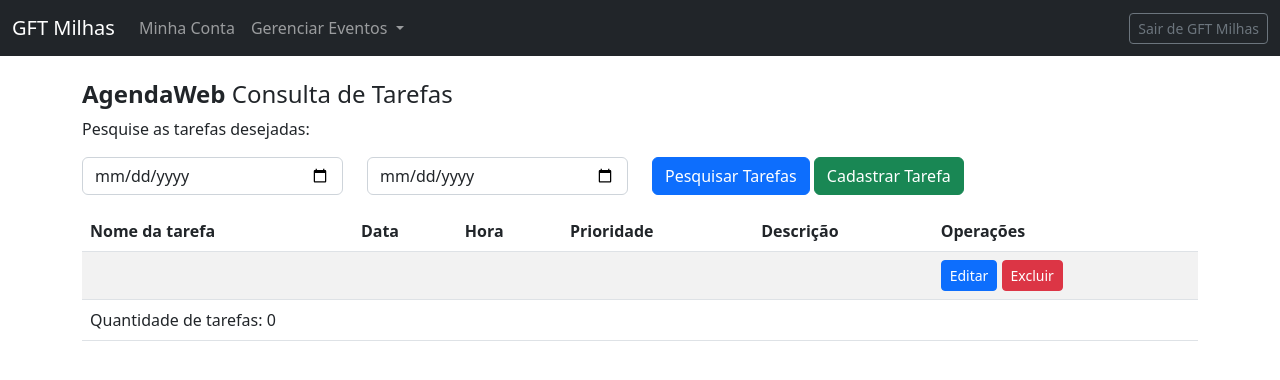
Repository: thamaraamaral/desafio_mvc1
Page: http://localhost/gft-milhas/WEB-INF/views/eventos-consulta.jsp
An editor plug-in stored every save of this project. The page is shown before and after the next save, followed by the edit.
The browser window is 1280 px wide. The pictures show the whole page.
The page is served by Tomcat 9. Nobody is signed in. The template is opened directly, without the code that normally fills it, so the values that code supplies are empty.

Above is the page before, as saved 2022-10-29 14:46:42.

After the next save:
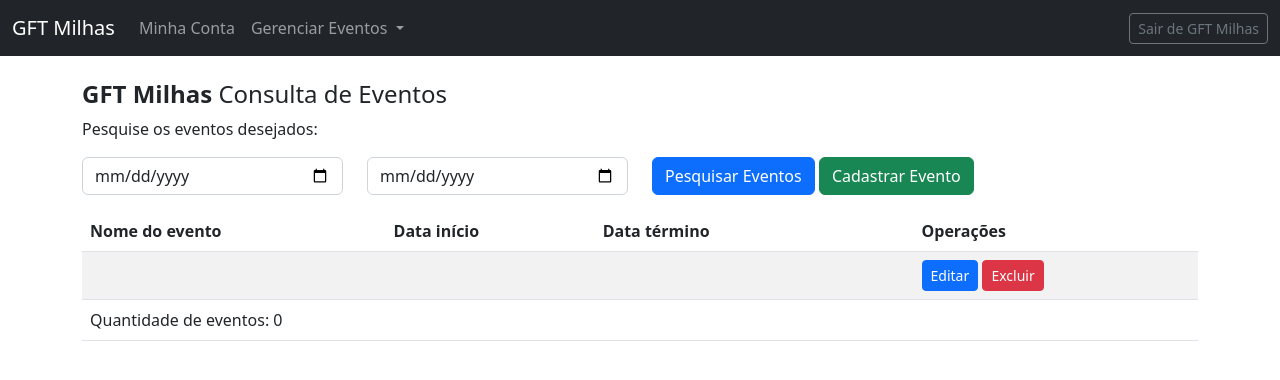
Saved 2 min 15 s later.
--- a/gft-milhas/src/main/webapp/WEB-INF/views/eventos-consulta.jsp
+++ b/gft-milhas/src/main/webapp/WEB-INF/views/eventos-consulta.jsp
@@ -22,9 +22,9 @@
 		<div class="row mb-3">
 			<div class="col-md-6">
 				<h4>
-					<strong>AgendaWeb</strong> Consulta de Tarefas
+					<strong>GFT Milhas</strong> Consulta de Eventos
 				</h4>
-				Pesquise as tarefas desejadas:
+				Pesquise os eventos desejados:
 			</div>
 			<div class="col-md-6 text-end">
 				<div class="mt-2">
@@ -45,9 +45,9 @@
 				<div class="col-md-6">
 
 					<input type="submit" class="btn btn-primary"
-						value="Pesquisar Tarefas" /> <a
-						href="/agendaweb/tarefas-cadastro" class="btn btn-success">
-						Cadastrar Tarefa </a>
+						value="Pesquisar Eventos" /> <a
+						href="/gft-milhas/eventos-cadastro" class="btn btn-success">
+						Cadastrar Evento </a>
 				</div>
 			</div>
 
@@ -56,11 +56,11 @@
 		<table class="table table-hover table-striped">
 			<thead>
 				<tr>
-					<th>Nome da tarefa</th>
-					<th>Data</th>
-					<th>Hora</th>
-					<th>Prioridade</th>
-					<th>Descrição</th>
+					<th>Nome do evento</th>
+					<th>Data início</th>
+					<th>Data término</th>
+					<th></th>
+					<th></th>
 					<th>Operações</th>
 				</tr>
 			</thead>
@@ -71,23 +71,23 @@
 					<td></td>
 					<td></td>
 					<td></td>
-					<td><a href="/agendaweb/tarefas-edicao"
+					<td><a href="/gft-milhas/eventos-edicao"
 						class="btn btn-primary btn-sm"> Editar </a> <a href="#"
 						class="btn btn-danger btn-sm"> Excluir </a></td>
 				</tr>
 			</tbody>
 			<tfoot>
 				<tr>
-					<td colspan="6">Quantidade de tarefas: 0</td>
+					<td colspan="6">Quantidade de eventos: 0</td>
 				</tr>
 			</tfoot>
 		</table>
 
 	</div>
 
-	<!-- JS do bootstrap -->
+	<!-- JavaScript Bundle with Popper -->
 	<script
-		src="https://cdn.jsdelivr.net/npm/bootstrap@5.1.3/dist/js/bootstrap.bundle.min.js"></script>
+		src="https://cdn.jsdelivr.net/npm/bootstrap@5.2.2/dist/js/bootstrap.bundle.min.js"></script>
 
 </body>
 </html>
